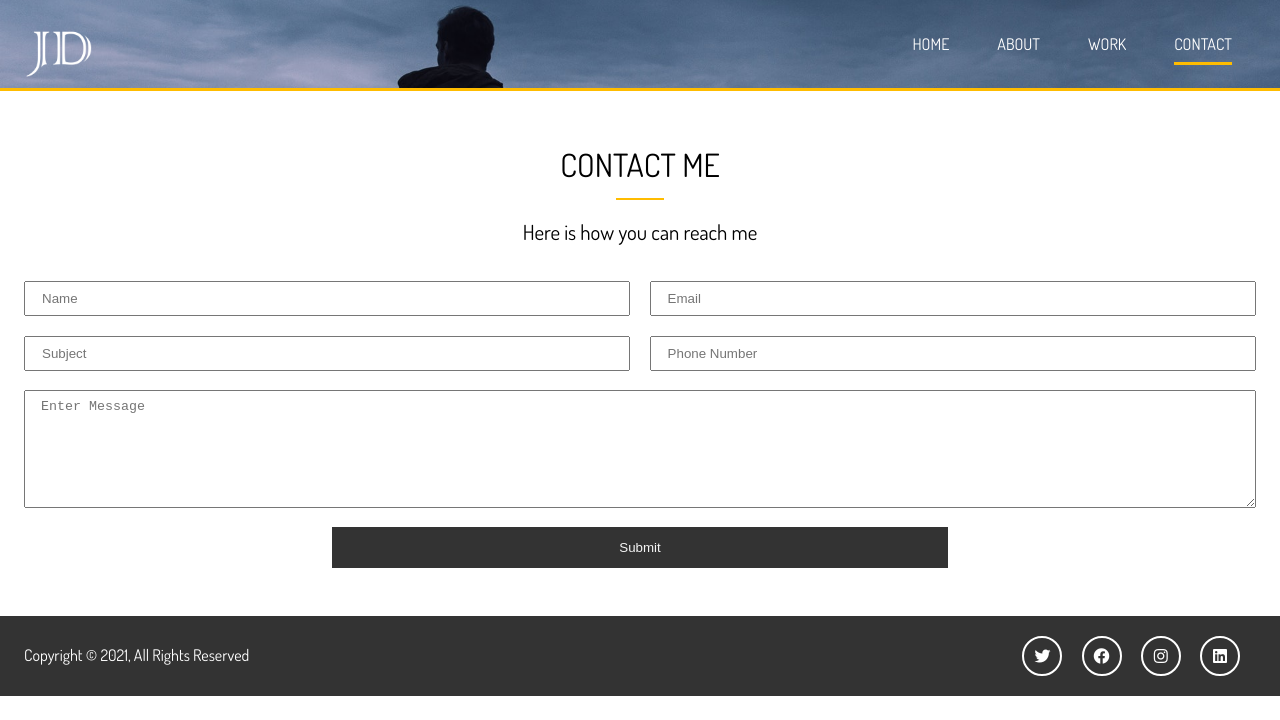
Repository: minhtien9/Portfolio_Website
Page: diet/contact.html
An editor plug-in stored every save of this project. The page is shown before and after the next save, followed by the edit.
The browser window is 1280 px wide. The pictures show the whole page.

Above is the page before, as saved 2021-08-29 19:54:07.

### diet/contact.html
<!DOCTYPE html>
<html lang="en">
  <head>
    <meta charset="UTF-8" />
    <meta http-equiv="X-UA-Compatible" content="IE=edge" />
    <meta name="viewport" content="width=device-width, initial-scale=1.0" />
    <link
      rel="stylesheet"
      href="https://cdnjs.cloudflare.com/ajax/libs/font-awesome/5.15.4/css/all.min.css"
      integrity="sha512-1ycn6IcaQQ40/MKBW2W4Rhis/DbILU74C1vSrLJxCq57o941Ym01SwNsOMqvEBFlcgUa6xLiPY/NS5R+E6ztJQ=="
      crossorigin="anonymous"
      referrerpolicy="no-referrer"
    />
    <link
      href="https://fonts.googleapis.com/css2?family=Dosis&display=swap"
      rel="stylesheet"
    />
    <link rel="stylesheet" href="css/style.css" />
    <title>Contact Me || UI/UX Designer & Photographer</title>
  </head>
  <body>
    <!-- Header -->
    <header id="header-inner">
      <div class="container">
        <nav id="main-nav">
          <img src="img/logo.png" alt="My Portfolio" id="logo" />
          <ul>
            <li><a href="index.html">Home</a></li>
            <li><a href="about.html">About</a></li>
            <li><a href="work.html">Work</a></li>
            <li><a href="contact.html" class="current">Contact</a></li>
          </ul>
        </nav>
      </div>
    </header>

    <!-- Section A: Contact Form -->
    <section id="contact-a" class="text-center py-3">
      <div class="container">
        <h2 class="section-title">Contact Me</h2>
        <div class="bottom-line"></div>
        <p class="lead">Here is how you can reach me</p>
        <form>
          <div class="text-fields">
            <input
              type="text"
              class="text-input name-input"
              placeholder="Name"
            />
            <input
              type="text"
              class="text-input subject-input"
              placeholder="Subject"
            />
            <input
              type="email"
              class="text-input email-input"
              placeholder="Email"
            />
            <input
              type="text"
              class="text-input phone-input"
              placeholder="Phone Number"
            />
            <textarea
              class="text-input message-input"
              placeholder="Enter Message"
            ></textarea>
          </div>
          <button type="submit" class="btn-dark">Submit</button>
        </form>
      </div>
    </section>

    <!-- Footer -->
    <footer id="main-footer">
      <div class="footer-content container">
        <p>Copyright &copy; 2021, All Rights Reserved</p>
        <div class="social">
          <i class="fab fa-twitter"></i>
          <i class="fab fa-facebook"></i>
          <i class="fab fa-instagram"></i>
          <i class="fab fa-linkedin"></i>
        </div>
      </div>
    </footer>

    <!-- <script src="js/typewriter.js"></script> -->
  </body>
</html>

### diet/css/style.css
.container {
  max-width: 1280px;
  padding: 0 1.5rem;
  margin: auto;
  overflow: hidden;
}

.btn-dark, .btn-light, .btn-main {
  display: inline-block;
  padding: 0.8rem 2rem;
  transition: all 0.5s;
  border: none;
  cursor: pointer;
}

.btn-main {
  color: #333;
  background-color: #ffbc00;
}
.btn-light {
  color: #333;
  background-color: #f4f4f4;
}
.btn-dark {
  color: #f4f4f4;
  background-color: #333;
}

button[class^=btn-]:hover,
a[class^=btn-]:hover,
input[class^=btn-]:hover {
  background-color: #ffbc00;
}

.bg-main {
  background: #ffbc00;
  color: #fff;
}
.bg-dark {
  background: #333;
  color: #fff;
}
.bg-light {
  background: #f4f4f4;
  color: #000;
}
.bg-medium {
  background: #ccc;
  color: #000;
}

.lead {
  font-size: 1.3rem;
  margin-bottom: 2rem;
}

.text-center {
  text-align: center;
}

.py-1 {
  padding: 1rem 0;
}
.py-2 {
  padding: 2rem 0;
}
.py-3 {
  padding: 3rem 0;
}
.py-4 {
  padding: 4rem 0;
}

.ny-1 {
  margin: 1rem 0;
}
.ny-2 {
  margin: 2rem 0;
}
.ny-3 {
  margin: 3rem 0;
}
.ny-4 {
  margin: 4rem 0;
}

.section-title {
  font-size: 2rem;
  display: block;
  padding-bottom: 0.5rem;
  text-align: center;
  font-weight: 100;
  text-transform: uppercase;
}

.bottom-line {
  height: 2px;
  width: 3rem;
  background: #ffbc00;
  display: block;
  margin: 0 auto 1rem auto;
}

.items {
  display: grid;
  grid-template-columns: repeat(3, 1fr);
  box-shadow: 0 5px 10px 0 rgba(0, 0, 0, 0.3);
}

.item {
  position: relative;
  background: #ffbc00;
  overflow: hidden;
}
.item:after {
  content: "";
  position: absolute;
  display: block;
  background: inherit;
  opacity: 0.9;
  top: 0;
  left: 0;
  width: 100%;
  height: 100%;
  transform: scale(2) translateX(-75%) translateY(-75%) rotate(-28deg);
  transition: transform 3s cubic-bezier(0.2, 1, 0.3, 1);
}
.item:hover:after {
  transform: scale(2) translateX(0) translateY(0) rotate(-28deg);
}
.item:hover .item-image {
  transform: scale(1.2);
}
.item:hover .item-text {
  opacity: 1;
  transform: translateY(0);
}
.item-image {
  height: auto;
  transform: translateZ(0);
  display: block;
  transition: transform 750ms cubic-bezier(0.2, 1, 0.3, 1);
}
.item-image:before {
  content: "";
  display: block;
  padding-top: 75%;
  overflow: hidden;
}
.item-image img {
  position: absolute;
  top: 0;
  left: 0;
  width: 100%;
  height: auto;
  line-height: 0;
}
.item-text {
  position: absolute;
  top: 0;
  left: 0;
  bottom: 0;
  right: 0;
  opacity: 0;
  text-align: center;
  z-index: 1;
  color: #fff;
  transform: translateY(-20%);
  transition: opacity 500ms cubic-bezier(0.2, 1, 0.3, 1), transform 500ms cubic-bezier(0.2, 1, 0.3, 1);
  transition-delay: 300ms;
}
.item-text-wrap {
  position: absolute;
  width: 100%;
  top: 50%;
  transform: translateY(-50%);
}
.item-text-title {
  font-size: 2rem;
  padding: 0 1rem;
  margin: 5px 0 0 0;
}
.item-text-category {
  text-transform: uppercase;
  font-size: 1.2rem;
  opacity: 0.7;
  margin: 0;
}

* {
  margin: 0;
  padding: 0;
}

body {
  font-family: "Dosis", sans-serif;
  line-height: 1.6;
  background: #fff;
}

a {
  text-decoration: none;
  color: #333;
}

ul {
  list-style: none;
}

h2,
h3,
h4 {
  text-transform: uppercase;
}

img {
  width: 100%;
}

#logo {
  width: 70px;
  height: 70px;
  color: #fff;
  text-transform: uppercase;
}

#main-nav {
  display: flex;
  justify-content: space-between;
  padding-top: 1rem;
}
#main-nav ul {
  display: flex;
}
#main-nav li {
  padding: 1rem 1.5rem;
}
#main-nav a {
  text-decoration: none;
  color: #fff;
  text-transform: uppercase;
  border-bottom: 3px transparent solid;
  padding-bottom: 0.5rem;
  transition: border-color 0.5s;
}
#main-nav a:hover {
  border-color: #ccc;
}
#main-nav a.current {
  border-color: #ffbc00;
}

#header-home {
  background: url("../img/showcase.jpg") no-repeat center right/cover;
  height: 100vh;
  color: #fff;
}
#header-home .header-content {
  text-align: center;
  padding-top: 20%;
}
#header-home .header-content h1 {
  font-size: 4rem;
  line-height: 1.2;
}
#header-inner {
  background: url("../img/showcase.jpg") no-repeat 20% 30%/cover;
  height: 5.5rem;
  border-bottom: 3px solid #ffbc00;
}

#home-a .specials {
  margin-top: 3rem;
  display: grid;
  grid-gap: 1rem;
  grid-template-columns: repeat(4, 1fr);
}
#home-a .specials .fas {
  color: #ffbc00;
  padding-bottom: 0.4rem;
}
#home-b .stats {
  display: grid;
  grid-template-columns: repeat(4, 1fr);
}
#home-b .stats li {
  line-height: 2;
}
#home-b .stats li.stats-title {
  font-size: 1.5rem;
}
#home-b .stats li.stats-number {
  font-size: 2rem;
  font-weight: bold;
}
#home-b .stats div {
  padding: 3rem 0;
}
#home-b .stats div:nth-child(odd) {
  background: #f4f4f4;
}
#home-b .stats div:nth-child(even) {
  background: #ccc;
}
#home-c .process {
  display: grid;
  grid-template-columns: repeat(4, 1fr);
  grid-gap: 1.5rem;
  text-align: center;
}
#home-c .process-step {
  position: absolute;
  top: 0;
  right: 0;
  font-size: 28px;
  background: #ffbc00;
  color: #fff;
  border-radius: 50%;
  height: 15px;
  width: 15px;
  line-height: 15px;
  padding: 1rem;
  transition: all 1s;
}
#home-c .process-icon {
  border-radius: 50%;
  background: #333;
  color: #fff;
  padding: 2rem;
  width: 70px;
  height: 70px;
  line-height: 70px;
  text-align: center;
  position: relative;
  transition: all 1s;
}
#home-c .process-icon:hover {
  background: #ffbc00;
  width: 90px;
  height: 90px;
  line-height: 90px;
}
#home-c .process-icon:hover .process-step {
  background: #333;
  color: #fff;
}

#about-a .about-info {
  display: grid;
  grid-template-areas: "bioimage bio bio" "aw1 aw2 aw3";
  grid-gap: 1.2rem;
}
#about-a .bio-image {
  grid-area: bioimage;
}
#about-a .bio {
  grid-area: bio;
  border-left: 3px solid #ffbc00;
  padding: 0.8rem;
}
#about-a .award-1 {
  grid-area: aw1;
}
#about-a .award-2 {
  grid-area: aw2;
}
#about-a .award-3 {
  grid-area: aw3;
}
#about-a .award-1 .fas,
#about-a .award-2 .fas,
#about-a .award-3 .fas {
  color: #ffbc00;
  margin: 1rem;
}
#about-b .progress {
  overflow: hidden;
  height: 20px;
  background: #ccc;
  border-radius: 5px;
  margin-bottom: 0.6rem;
}
#about-b .progress div {
  height: 100%;
  color: #fff;
  text-align: center;
  background: #ffbc00;
}
#about-c .about-logos {
  display: grid;
  grid-template-columns: repeat(4, 1fr);
  grid-gap: 2rem;
}
#about-c .about-logos img {
  width: 70%;
}
#about-d .testimonials {
  display: grid;
  grid-template-columns: repeat(4, 1fr);
  grid-gap: 0.5rem;
}
#about-d .testimonials ul {
  list-style: none;
  margin-top: 1rem;
  display: flex;
  align-items: center;
}
#about-d .testimonials p {
  border: 1px solid #ccc;
  border-radius: 5px;
  padding: 0.5rem;
}
#about-d .testimonials img {
  width: 50px;
  height: 50px;
  border-radius: 50%;
  margin-right: 0.5rem;
}

#contact-a .text-fields {
  display: grid;
  grid-template-areas: "name email" "subject phone" "message message";
  grid-gap: 1.2rem;
  margin-bottom: 1.2rem;
}
#contact-a .text-fields .name-input {
  grid-area: name;
}
#contact-a .text-fields .subject-input {
  grid-area: subject;
}
#contact-a .text-fields .email-input {
  grid-area: email;
}
#contact-a .text-fields .phone-input {
  grid-area: phone;
}
#contact-a .text-fields .message-input {
  grid-area: message;
  height: 100px;
}
#contact-a .text-fields .text-input {
  padding: 0.5rem 1rem;
}
#contact-a button[type=submit] {
  width: 50%;
}
#contact-b .contact-info {
  display: grid;
  grid-template-columns: repeat(3, 1fr);
  text-align: center;
}
#contact-c h1 {
  text-align: center;
  font-size: 4rem;
}

#main-footer {
  background: #333;
  color: #fff;
  height: 5rem;
}
#main-footer .footer-content {
  display: flex;
  justify-content: space-between;
  height: 5rem;
  align-items: center;
}
#main-footer .footer-content .social .fab {
  margin-right: 1rem;
  border: 2px solid #fff;
  border-radius: 50%;
  height: 20px;
  width: 20px;
  line-height: 20px;
  text-align: center;
  padding: 0.5rem;
}
#main-footer .footer-content .social .fab:hover {
  background: #ffbc00;
  cursor: pointer;
}

@media (max-width: 800px) {
  #header-home {
    height: 30rem;
  }
  #header-home .header-content {
    padding-top: 5rem;
  }
}
@media (max-width: 500px) {
  #main-nav {
    flex-direction: column;
    align-items: center;
  }
  #main-nav li {
    padding: 1rem;
  }

  #header-home {
    height: 10rem;
    border-bottom: 3px solid #ffbc00;
    background-position: 20% 30%;
  }
  #header-home .header-content {
    display: none;
  }
  #header-inner {
    height: 10rem;
  }

  #home-a .specials,
#home-b .stats,
#home-c .process,
#about-d .testimonials,
#contact-b .contact-info,
.items {
    grid-template-columns: 1fr;
  }

  #home-a .specials div {
    border-bottom: 1px #f4f4f4 solid;
    padding-bottom: 1rem;
  }
  #home-a .specials div:last-child {
    border: none;
    padding-bottom: 0;
  }
  #home-b .stats div {
    padding: 2rem 0 1rem 0;
  }

  #about-a .about-info {
    grid-template-areas: "bioimage" "bio" "aw1" "aw2" "aw3";
  }
  #about-c {
    display: none;
  }

  #contact-a .text-fields {
    grid-template-areas: "name" "subject" "email" "phone" "message";
  }
  #contact-b div {
    margin-bottom: 1rem;
    padding-bottom: 1rem;
    border-bottom: 1px solid #555;
  }
  #contact-b div:last-child {
    border: none;
    margin-bottom: 0;
    padding-bottom: 0;
  }
  #contact-c h1 {
    font-size: 2rem;
  }

  #main-footer {
    height: 7rem;
  }
  #main-footer .footer-content {
    flex-direction: column;
    padding: 1rem;
    height: 5rem;
  }
}
@media (max-height: 580px) {
  #header-home .header-content {
    padding-top: 3rem;
  }
}
@media (max-height: 330px) {
  #header-home .header-content h1 {
    font-size: 2rem;
  }
}

/*# sourceMappingURL=style.css.map */

After the next save:
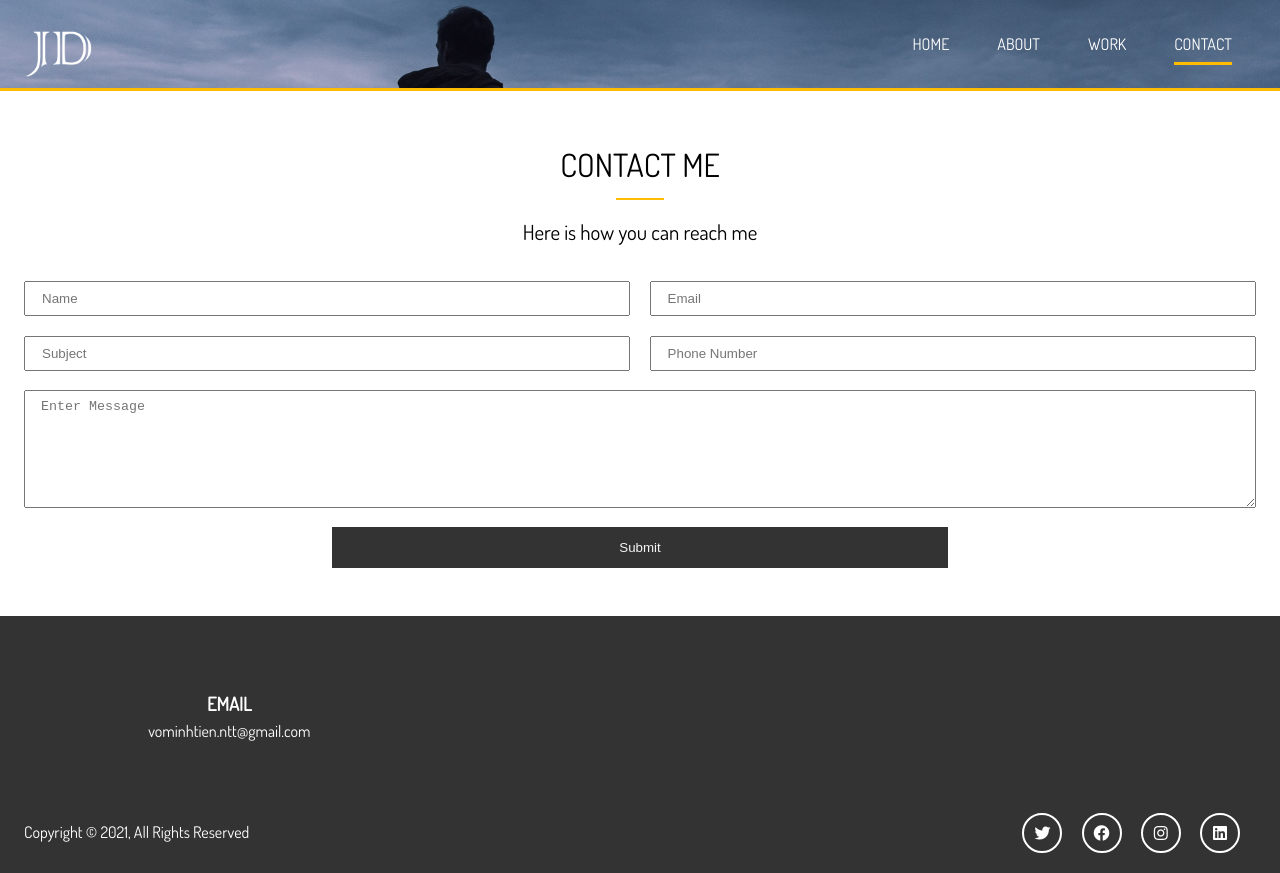
Saved 95 s later.
--- a/diet/contact.html
+++ b/diet/contact.html
@@ -72,6 +72,19 @@
       </div>
     </section>
 
+    <!-- Section B: Contact Info -->
+    <section id="contact-b" class="py-3 bg-dark">
+      <div class="container">
+        <div class="contact-info">
+          <div>
+            <i class="fas fa-evenlope fa-2x"></i>
+            <h3>Email</h3>
+            <p>vominhtien.ntt@gmail.com</p>
+          </div>
+        </div>
+      </div>
+    </section>
+
     <!-- Footer -->
     <footer id="main-footer">
       <div class="footer-content container">
